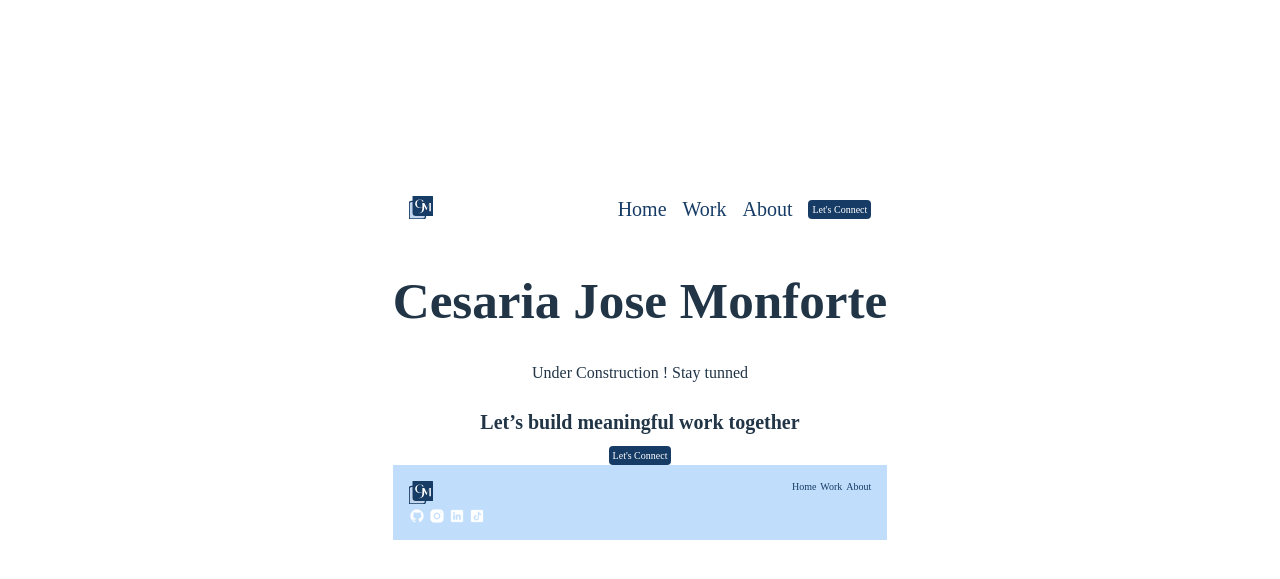
Repository: CesariaMonforte/cesariamonforte
Page: /
An editor plug-in stored every save of this project. The page is shown before and after the next save, followed by the edit.
The browser window is 1280 px wide. The pictures show the whole page.
The project was rebuilt for these pictures with package versions that can differ from the ones it lists, and the page was loaded fresh each time. Also part of the build but not shown: vite.config.js.

Above is the page before, as saved 2026-01-25 14:25:52.

After the next save:
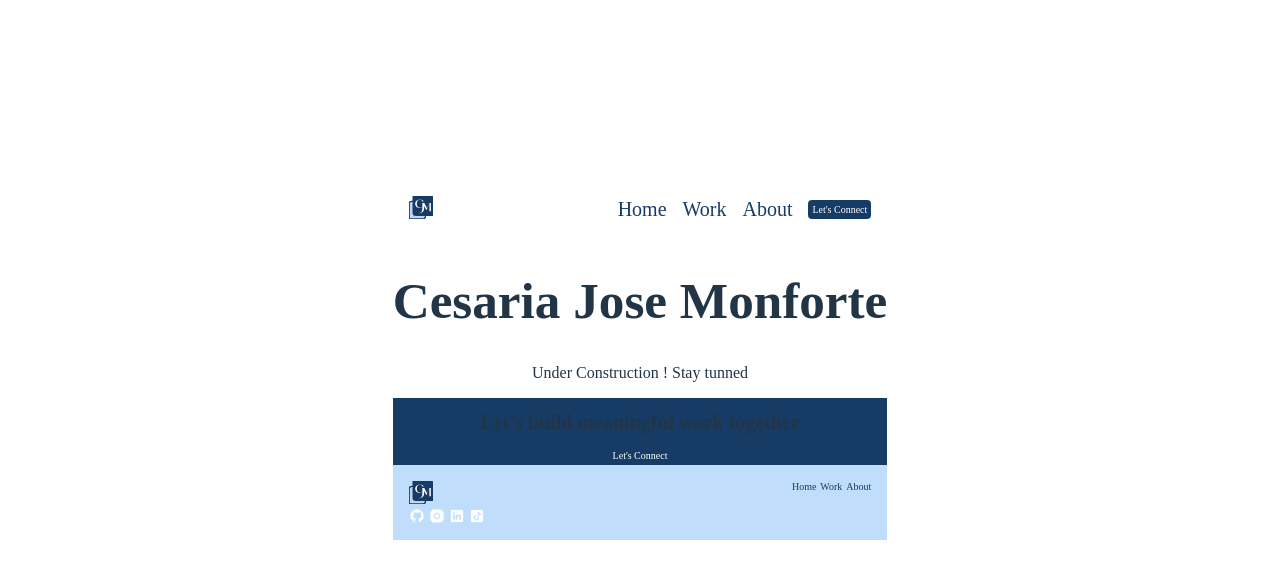
Saved 11 s later.
--- a/src/_ui/ConnectBanner/ConnectBanner.module.css
+++ b/src/_ui/ConnectBanner/ConnectBanner.module.css
@@ -2,7 +2,7 @@
     display: flex;
     flex-direction: column;
     align-items: center;
-    background-color: var((--primary-900));
+    background-color: var(--primary-900);
 }
 
 .banner_text {
